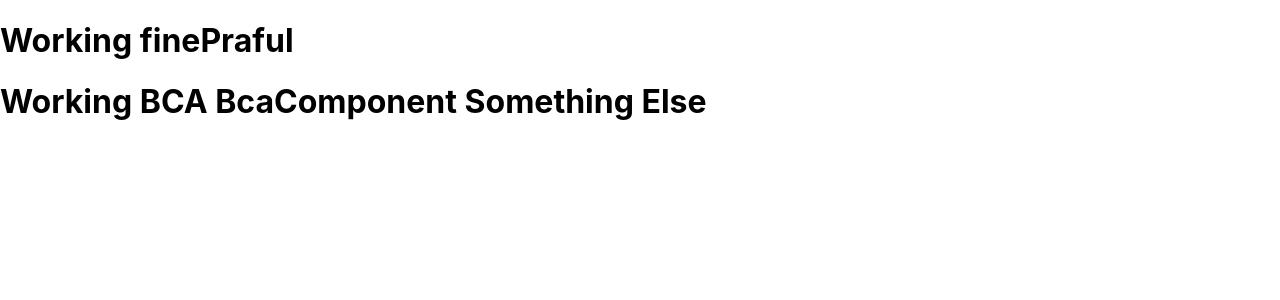
Repository: Prafullkuma/facebook
Page: /
An editor plug-in stored every save of this project. The page is shown before and after the next save, followed by the edit.
The browser window is 1280 px wide. The pictures show the whole page.
The project was rebuilt for these pictures with package versions that can differ from the ones it lists, and the page was loaded fresh each time. Also part of the build but not shown: src/App.css.

Above is the page before, as saved 2020-09-04 10:16:39.

### src/App.js
import React from 'react';
import ContextApi from './Component/ContextApi'
import './App.css';

function App() {
  return (
    <>
      <ContextApi />
    </>
  )
}

export default App;

### src/Component/ContextApi.js
import React, { useEffect, useContext, useState } from 'react'
const myContext = React.createContext(null)
function AbcComponent() {
    const state = useContext(myContext)
    console.log(state.name)
    return <h1>Working fine{state.name}</h1>
}

function BcaComponent() {
    const { state, setState } = useContext(myContext)
    useEffect(() => {
        setTimeout(() => {
            setState(state => ({
                ...state,
                name: 'Something Else'
            }))
        }, 1000)
    }, [])

    return <h1>Working BCA BcaComponent {state.name}</h1>
}
function ContextApi() {
    const [obj, setObj] = useState({
        name: "prafull",
        age: 23,
        price: 23232
    })
    return (<myContext.Provider value={{
        name: "Praful",
        age: 27,
        state: obj,
        setState: setObj
    }}>
        <AbcComponent />
        <BcaComponent />
    </myContext.Provider >

    )
}

export default ContextApi

Loaded but not shown: public/index.html (common file); src/index.js (common file); src/index.css (common file); src/serviceWorker.js (common file)

After the next save:
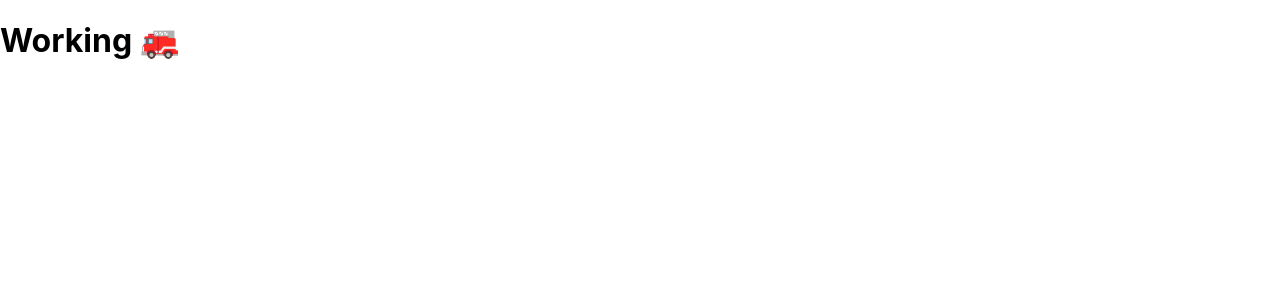
Saved 2 min 57 s later.
--- a/src/App.js
+++ b/src/App.js
@@ -4,9 +4,7 @@ import './App.css';
 
 function App() {
   return (
-    <>
-      <ContextApi />
-    </>
+    <h1>Working 🚒 </h1>
   )
 }
 
